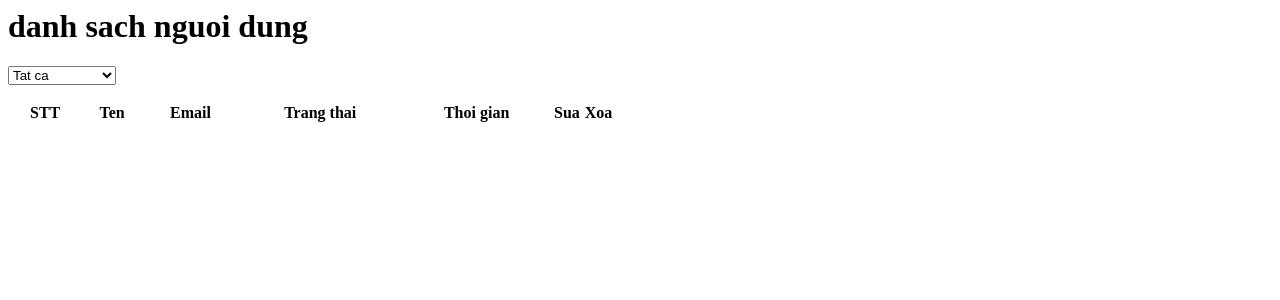
Repository: xuananh2212/back_end
Page: views/users/index.ejs
The author's editor kept a copy of each file at every save. The page is drawn from the files as they stood at one save, then again after the next save.
The browser window is 1280 px wide. The pictures show the whole page.
The page is served by the project's Node server (app.js). Other server files are loaded and not shown. The template is opened directly, without the code that normally fills it, so the values that code supplies are empty.

Above is the page before, as saved 2023-12-29 21:52:54.

### day55/nodejsf8_02/views/users/index.ejs
<h1>danh sach nguoi dung</h1>
<form>
     <select name="status">
          <option value="all">Tat ca</option>
          <option value="active">kich hoat</option>
          <option value="inactive">chua kich hoat</option>
     </select>
</form>
<table>
     <thead>
          <tr>
               <th>STT</th>
               <th>Ten</th>
               <th>Email</th>
               <th>Trang thai</th>
               <th>Thoi gian</th>
               <th width="5%">Sua</th>
               <th width="5%">Xoa</th>
          </tr>
     </thead>
     <tbody>
          <% users.forEach(({id, name, email, status, created_at}, index)=> { %>
               <tr>
                    <td>
                         <%= index + 1 %>
                    </td>
                    <td>
                         <%= name %>
                    </td>
                    <td>
                         <%= email %>
                    </td>
                    <td>
                         <%= status %>
                    </td>
                    <td>
                         <%= moment(created_at).format('DD/MM/YYYY HH:mm:ss') %>
                    </td>
                    <td>
                         <a href="#">sua</a>
                    </td>
                    <td>
                         <a href="#">xoa</a>
                    </td>
               </tr>
               <% }) %>

     </tbody>
</table>

### day55/nodejsf8_02/app.js
require('dotenv').config();
var createError = require('http-errors');
var express = require('express');
var path = require('path');
var cookieParser = require('cookie-parser');
var logger = require('morgan');


var indexRouter = require('./routes/index');
var usersRouter = require('./routes/users');

var app = express();

// view engine setup
app.set('views', path.join(__dirname, 'views'));
app.set('view engine', 'ejs');

app.use(logger('dev'));
app.use(express.json());
app.use(express.urlencoded({ extended: false }));
app.use(cookieParser());
app.use(express.static(path.join(__dirname, 'public')));

app.use('/', indexRouter);
app.use('/users', usersRouter);

// catch 404 and forward to error handler
app.use(function (req, res, next) {
  next(createError(404));
});

// error handler
app.use(function (err, req, res, next) {
  // set locals, only providing error in development
  res.locals.message = err.message;
  res.locals.error = req.app.get('env') === 'development' ? err : {};

  // render the error page
  res.status(err.status || 500);
  res.render('error');
});

module.exports = app;

After the next save:
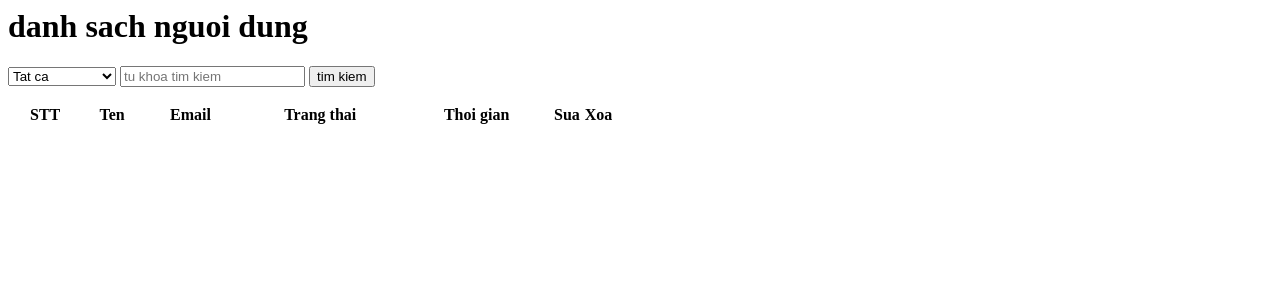
Saved 30 s later.
--- a/day55/nodejsf8_02/views/users/index.ejs
+++ b/day55/nodejsf8_02/views/users/index.ejs
@@ -5,6 +5,8 @@
           <option value="active">kich hoat</option>
           <option value="inactive">chua kich hoat</option>
      </select>
+     <input type="search" placeholder="tu khoa tim kiem">
+     <button>tim kiem</button>
 </form>
 <table>
      <thead>
